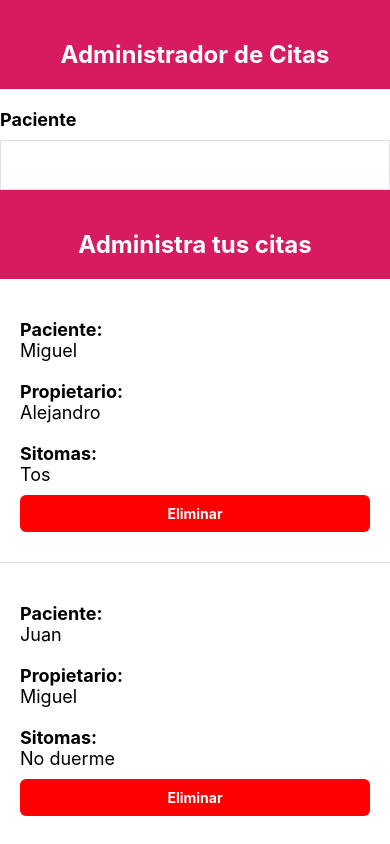
Repository: AleMicky/citas
Screen: /
The author's editor kept a copy of each file at every save. The screen is drawn from the files as they stood at one save, then again after the next save.
An inner scrolling area shows only its first screen. The app was drawn by React Native's web renderer in a window 390 px wide. The project was rebuilt for these pictures with package versions that can differ from the ones it lists, and the page was loaded fresh each time.

Above is the screen before, as saved 2020-06-27 01:03:11.

After the next save:
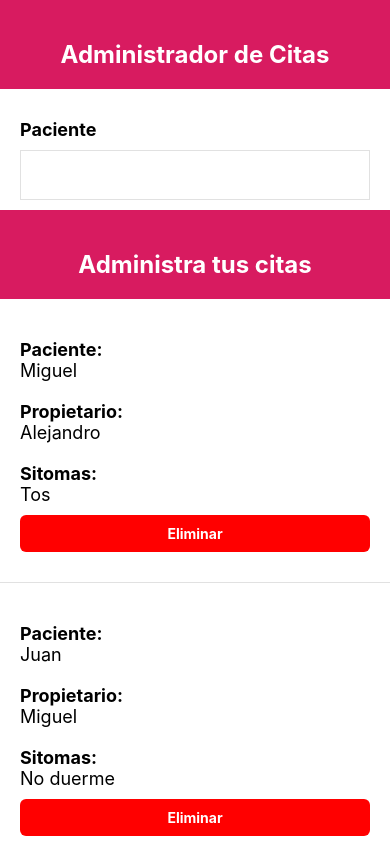
Saved 42 s later.
--- a/src/components/Formulario.js
+++ b/src/components/Formulario.js
@@ -19,7 +19,9 @@ const Formulario = () => {
 
 const styles = StyleSheet.create({
     formulario:{
-        backgroundColor:'#ffff'
+        backgroundColor:'#ffff',
+        paddingHorizontal:20,
+        paddingVertical:10,
     },
     label:{
         fontWeight:'bold',
